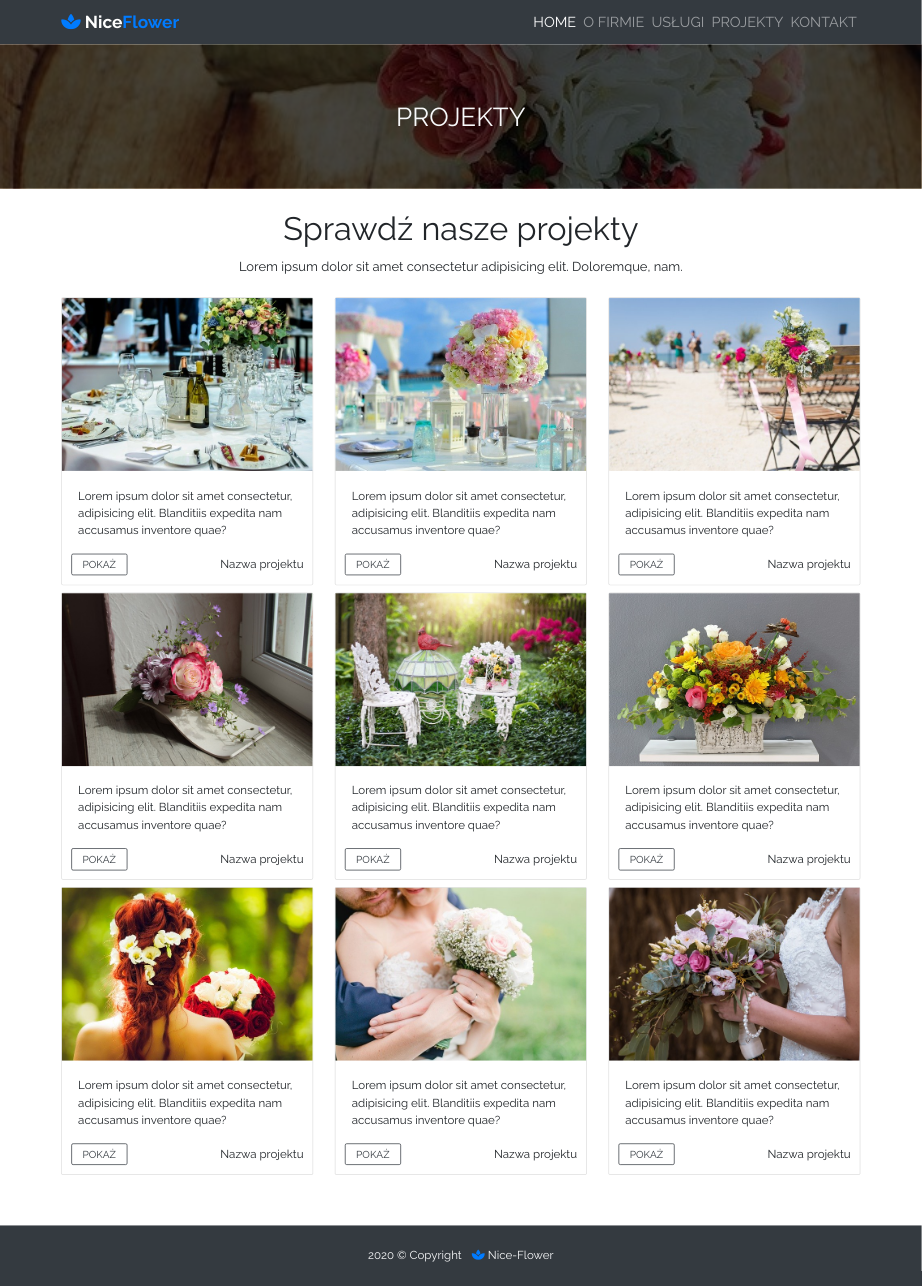
Repository: KrzysKolo/Projekt-13_Kwiaciarnia
Page: contact.html
An editor plug-in stored every save of this project. The page is shown before and after the next save, followed by the edit.
The browser window is 1280 px wide. The pictures show the whole page, at 72% of full size.
Some web libraries are served in a nearby version.

Above is the page before, as saved 2020-08-11 12:40:14.

### contact.html
<!DOCTYPE html>
<html lang="pl">
  <head>
    <meta charset="UTF-8" />
    <meta name="viewport" content="width=device-width, initial-scale=1.0" />
    <title>Nice-Flower</title>
    <script
      src="https://kit.fontawesome.com/21efeaf281.js"
      crossorigin="anonymous"
    ></script>

    <link
      rel="stylesheet"
      href="https://stackpath.bootstrapcdn.com/bootstrap/4.5.0/css/bootstrap.min.css"
      integrity="sha384-9aIt2nRpC12Uk9gS9baDl411NQApFmC26EwAOH8WgZl5MYYxFfc+NcPb1dKGj7Sk"
      crossorigin="anonymous"
    />
    <link
      href="https://fonts.googleapis.com/css2?family=Raleway:wght@400;700&display=swap"
      rel="stylesheet"
    />
    <link rel="stylesheet" href="style.css" />
  </head>
  <body>
    <nav class="navbar navbar-expand-lg navbar-dark bg-dark py-3">
      <div class="container">
        <a class="navbar-brand" href="index.html"
          ><i class="fas fa-spa text-primary"></i> Nice<span
            class="text-primary"
            >Flower</span
          ></a
        >
        <button
          class="navbar-toggler border-0"
          type="button"
          data-toggle="collapse"
          data-target="#navbarNavAltMarkup"
          aria-controls="navbarNavAltMarkup"
          aria-expanded="false"
          aria-label="Toggle navigation"
        >
          <i class="fas fa-bars px-4"></i>
        </button>
        <div class="collapse navbar-collapse" id="navbarNavAltMarkup">
          <div class="navbar-nav ml-auto">
            <a class="nav-link active" href="index.html">Home </a>
            <a class="nav-link" href="abouteus.html">O firmie</a>
            <a class="nav-link" href="services.html"> Usługi</a>
            <a class="nav-link" href="projects.html">Projekty</a>
            <a class="nav-link" href="#"
              ><span class="sr-only">(current)</span>Kontakt</a
            >
          </div>
        </div>
      </div>
    </nav>

    <!-- MAIN -->
    <main>
      <section class="top-hero projects-hero">
        <div class="hero-shadow"></div>
        <p class="top-hero-text text-light">Projekty</p>
      </section>
      <section class="py-5 projects mb-5">
        <div class="container text-center mb-5">
          <p class="display-3">Sprawdź nasze projekty</p>
          <p class="additional-text">
            Lorem ipsum dolor sit amet consectetur adipisicing elit. Doloremque,
            nam.
          </p>
        </div>
        <div class="container">
          <div class="row">
            <div class="col-md-6 col-lg-4">
              <div class="card mb-3">
                <img src="./img/p1.jpg" alt="Lorem lorem" />
                <div class="card-body">
                  <p class="p-3">
                    Lorem ipsum dolor sit amet consectetur, adipisicing elit.
                    Blanditiis expedita nam accusamus inventore quae?
                  </p>
                  <div
                    class="d-flex justify-content-between align-items-center"
                  >
                    <button class="btn btn-outline-dark px-4">Pokaż</button>
                    <p class="align-self-center m-0">Nazwa projektu</p>
                  </div>
                </div>
              </div>
            </div>

            <div class="col-md-6 col-lg-4">
              <div class="card mb-3">
                <img src="./img/p2.jpg" alt="Lorem lorem" />
                <div class="card-body">
                  <p class="p-3">
                    Lorem ipsum dolor sit amet consectetur, adipisicing elit.
                    Blanditiis expedita nam accusamus inventore quae?
                  </p>
                  <div
                    class="d-flex justify-content-between align-items-center"
                  >
                    <button class="btn btn-outline-dark px-4">Pokaż</button>
                    <p class="align-self-center m-0">Nazwa projektu</p>
                  </div>
                </div>
              </div>
            </div>

            <div class="col-md-6 col-lg-4">
              <div class="card mb-3">
                <img src="./img/p3.jpg" alt="Lorem lorem" />
                <div class="card-body">
                  <p class="p-3">
                    Lorem ipsum dolor sit amet consectetur, adipisicing elit.
                    Blanditiis expedita nam accusamus inventore quae?
                  </p>
                  <div
                    class="d-flex justify-content-between align-items-center"
                  >
                    <button class="btn btn-outline-dark px-4">Pokaż</button>
                    <p class="align-self-center m-0">Nazwa projektu</p>
                  </div>
                </div>
              </div>
            </div>

            <div class="col-md-6 col-lg-4">
              <div class="card mb-3">
                <img src="./img/p4.jpg" alt="Lorem lorem" />
                <div class="card-body">
                  <p class="p-3">
                    Lorem ipsum dolor sit amet consectetur, adipisicing elit.
                    Blanditiis expedita nam accusamus inventore quae?
                  </p>
                  <div
                    class="d-flex justify-content-between align-items-center"
                  >
                    <button class="btn btn-outline-dark px-4">Pokaż</button>
                    <p class="align-self-center m-0">Nazwa projektu</p>
                  </div>
                </div>
              </div>
            </div>

            <div class="col-md-6 col-lg-4">
              <div class="card mb-3">
                <img src="./img/p5.jpg" alt="Lorem lorem" />
                <div class="card-body">
                  <p class="p-3">
                    Lorem ipsum dolor sit amet consectetur, adipisicing elit.
                    Blanditiis expedita nam accusamus inventore quae?
                  </p>
                  <div
                    class="d-flex justify-content-between align-items-center"
                  >
                    <button class="btn btn-outline-dark px-4">Pokaż</button>
                    <p class="align-self-center m-0">Nazwa projektu</p>
                  </div>
                </div>
              </div>
            </div>

            <div class="col-md-6 col-lg-4">
              <div class="card mb-3">
                <img src="./img/p6.jpg" alt="Lorem lorem" />
                <div class="card-body">
                  <p class="p-3">
                    Lorem ipsum dolor sit amet consectetur, adipisicing elit.
                    Blanditiis expedita nam accusamus inventore quae?
                  </p>
                  <div
                    class="d-flex justify-content-between align-items-center"
                  >
                    <button class="btn btn-outline-dark px-4">Pokaż</button>
                    <p class="align-self-center m-0">Nazwa projektu</p>
                  </div>
                </div>
              </div>
            </div>

            <div class="col-md-6 col-lg-4">
              <div class="card mb-3">
                <img src="./img/p7.jpg" alt="Lorem lorem" />
                <div class="card-body">
                  <p class="p-3">
                    Lorem ipsum dolor sit amet consectetur, adipisicing elit.
                    Blanditiis expedita nam accusamus inventore quae?
                  </p>
                  <div
                    class="d-flex justify-content-between align-items-center"
                  >
                    <button class="btn btn-outline-dark px-4">Pokaż</button>
                    <p class="align-self-center m-0">Nazwa projektu</p>
                  </div>
                </div>
              </div>
            </div>

            <div class="col-md-6 col-lg-4">
              <div class="card mb-3">
                <img src="./img/p8.jpg" alt="Lorem lorem" />
                <div class="card-body">
                  <p class="p-3">
                    Lorem ipsum dolor sit amet consectetur, adipisicing elit.
                    Blanditiis expedita nam accusamus inventore quae?
                  </p>
                  <div
                    class="d-flex justify-content-between align-items-center"
                  >
                    <button class="btn btn-outline-dark px-4">Pokaż</button>
                    <p class="align-self-center m-0">Nazwa projektu</p>
                  </div>
                </div>
              </div>
            </div>

            <div class="col-md-6 col-lg-4">
              <div class="card mb-3">
                <img src="./img/p9.jpg" alt="Lorem lorem" />
                <div class="card-body">
                  <p class="p-3">
                    Lorem ipsum dolor sit amet consectetur, adipisicing elit.
                    Blanditiis expedita nam accusamus inventore quae?
                  </p>
                  <div
                    class="d-flex justify-content-between align-items-center"
                  >
                    <button class="btn btn-outline-dark px-4">Pokaż</button>
                    <p class="align-self-center m-0">Nazwa projektu</p>
                  </div>
                </div>
              </div>
            </div>
          </div>
        </div>
      </section>
    </main>
    <footer class="bg-dark text-light">
      <p class="py-5 px-3 mb-0 text-center">
        2020 &copy; Copyright
        <i class="ml-3 fas fa-spa text-primary"></i> Nice-Flower
      </p>
    </footer>
    <script
      src="https://code.jquery.com/jquery-3.5.1.slim.min.js"
      integrity="sha384-DfXdz2htPH0lsSSs5nCTpuj/zy4C+OGpamoFVy38MVBnE+IbbVYUew+OrCXaRkfj"
      crossorigin="anonymous"
    ></script>
    <script
      src="https://cdn.jsdelivr.net/npm/popper.js@1.16.0/dist/umd/popper.min.js"
      integrity="sha384-Q6E9RHvbIyZFJoft+2mJbHaEWldlvI9IOYy5n3zV9zzTtmI3UksdQRVvoxMfooAo"
      crossorigin="anonymous"
    ></script>
    <script
      src="https://stackpath.bootstrapcdn.com/bootstrap/4.5.0/js/bootstrap.min.js"
      integrity="sha384-OgVRvuATP1z7JjHLkuOU7Xw704+h835Lr+6QL9UvYjZE3Ipu6Tp75j7Bh/kR0JKI"
      crossorigin="anonymous"
    ></script>
  </body>
</html>

### style.css
* {
  box-sizing: border-box;
  margin: 0;
  padding: 0;
}
html {
  font-size: 62.5%;
}
body {
  font-family: "Raleway", sans-serif;
  font-size: 1.6rem;
}
.hero-shadow {
  position: absolute;
  top: 0;
  width: 100%;
  height: 100%;
  background-color: rgba(0, 0, 0, 0.7);
  z-index: -1;
}
.additional-text {
  font-size: 1.8rem;
}
.top-hero {
  position: relative;
  height: 20rem;
  background-size: cover;
  z-index: 0;
}
.top-hero-text {
  display: flex;
  justify-content: center;
  align-items: center;
  height: 100%;
  font-size: 3.6rem;
  text-transform: uppercase;
}
/* ----------- */
/*  nawigacja  */
/* ----------- */
nav {
  font-size: 2rem;
  text-transform: uppercase;
}
.navbar-toggler {
  font-size: 3rem;
}
.navbar-brand {
  font-size: 2.4rem;
  font-weight: bold;
  text-transform: none;
}
/* ----------- */
/*    header   */
/* ----------- */
header {
  font-size: 2rem;
}
.carousel-item {
  position: relative;
  height: 400px;
  background-position: center;
  background-size: cover;
  z-index: 0;
}
.carousel-img-one {
  background-image: url("./img/b1m.jpg");
}
.carousel-img-two {
  background-image: url("./img/b2m.jpg");
}
.carousel-img-three {
  background-image: url("./img/b4m.jpg");
}
/* ----------- */
/*     main    */
/* ----------- */
.home-boxes {
  padding: 5rem 0;
}
.home-box i {
  font-size: 4rem;
}
.home-box h3 {
  font-size: 2.6rem;
}
/* ----------- */
.home-passion {
  position: relative;
  height: 350px;
  background-image: url("./img/b8m.jpg");
  background-position: center;
  background-size: cover;
  z-index: 0;
}
/* ----------- */
.home-brand h3 {
  font-size: 3rem;
  font-weight: bold;
}
/* ----------- */
/*   aboutus   */
/* ----------- */
.aboutus-hero {
  background-image: url("./img/obrazek1.jpg");
  background-position: bottom;
}
/* ----------- */
.aboutus-top .display-3 {
  text-transform: uppercase;
}
/* ----------- */
.aboutus-info {
  background-color: rgba(0, 0, 0, 0.3);
}
.aboutus-info .container {
  padding: 2em 0.5em;
}
.aboutus-text {
  padding: 1.8rem;
}
.aboutus-text h3 {
  margin-bottom: 0.5em;
  font-size: 2.6rem;
  text-transform: uppercase;
  font-weight: bold;
  text-decoration: underline #007bff;
}
.abouts-text-right {
  text-align: right;
}
.aboutus-img {
  height: 300px;
  background-image: url("./img/b5m.jpg");
  background-position: center;
  background-size: cover;
}
/* ----------- */
.aboutus-bottom i {
  font-size: 3rem;
}
.aboutus-bottom h3 {
  font-size: 2.2rem;
  font-weight: bold;
}
/* ----------- */
/*    usługi   */
/* ----------- */
.service-hero {
  background-image: url("./img/pm.jpg");
  background-position: 0 50%;
}
/* ----------- */
.service-hero-box {
  position: relative;
  height: 300px;
  background-size: cover;
  z-index: 0;
}
.service-hero-box p {
  display: flex;
  justify-content: center;
  align-items: center;
  font-size: 3rem;
  text-transform: uppercase;
}
.service-pricing .box-one {
  background-image: url("./img/b2m.jpg");
}
.service-pricing .box-two {
  background-image: url("./img/bsm.jpg");
}
.service-pricing .box-three {
  background-image: url("./img/wm.jpg");
}
.service-pricing .box-four {
  background-image: url("./img/rdm.jpg");
}
.service-pricing .card-header {
  font-size: 2rem;
  cursor: pointer;
}
.service-pricing h3 {
  font-weight: bold;
}
.service-pricing .btn {
  font-size: 1.6rem;
  text-transform: uppercase;
}
/* ----------- */
/*   projekty  */
/* ----------- */
.projects-hero {
  background-image: url("./img/b3m.jpg");
  background-position: center;
}
.projects img {
  height: 240px;
  object-fit: cover;
}
.projects .btn {
  font-size: 1.4rem;
  text-transform: uppercase;
}
/* ----------- */
/*    footer   */
/* ----------- */
footer {
  font-size: 1.6rem;
}
@media (min-width: 992px) {
  .aboutus-info .container {
    padding: 0;
  }
  .aboutus-shadow {
    box-shadow: inset 0 5px 10px -5px rgba(0, 0, 0, 0.4);
  }
  .aboutus-text {
    padding: 5em 0;
    transform: skew(-15deg);
  }
  .abouts-text-left {
    padding-right: 2em;
    text-align: right;
  }
  .abouts-text-right {
    padding-left: 2em;
    text-align: left;
  }
  .aboutus-img {
    height: auto;
    transform: skew(-15deg);
  }
}
@media (min-width: 1400px) {
  .carousel-item {
    height: 600px;
  }
  .carousel-img-one {
    background-image: url("./img/b1.jpg");
  }
  .carousel-img-two {
    background-image: url("./img/b2.jpg");
  }
  .carousel-img-three {
    background-image: url("./img/b4.jpg");
  }
}

After the next save:
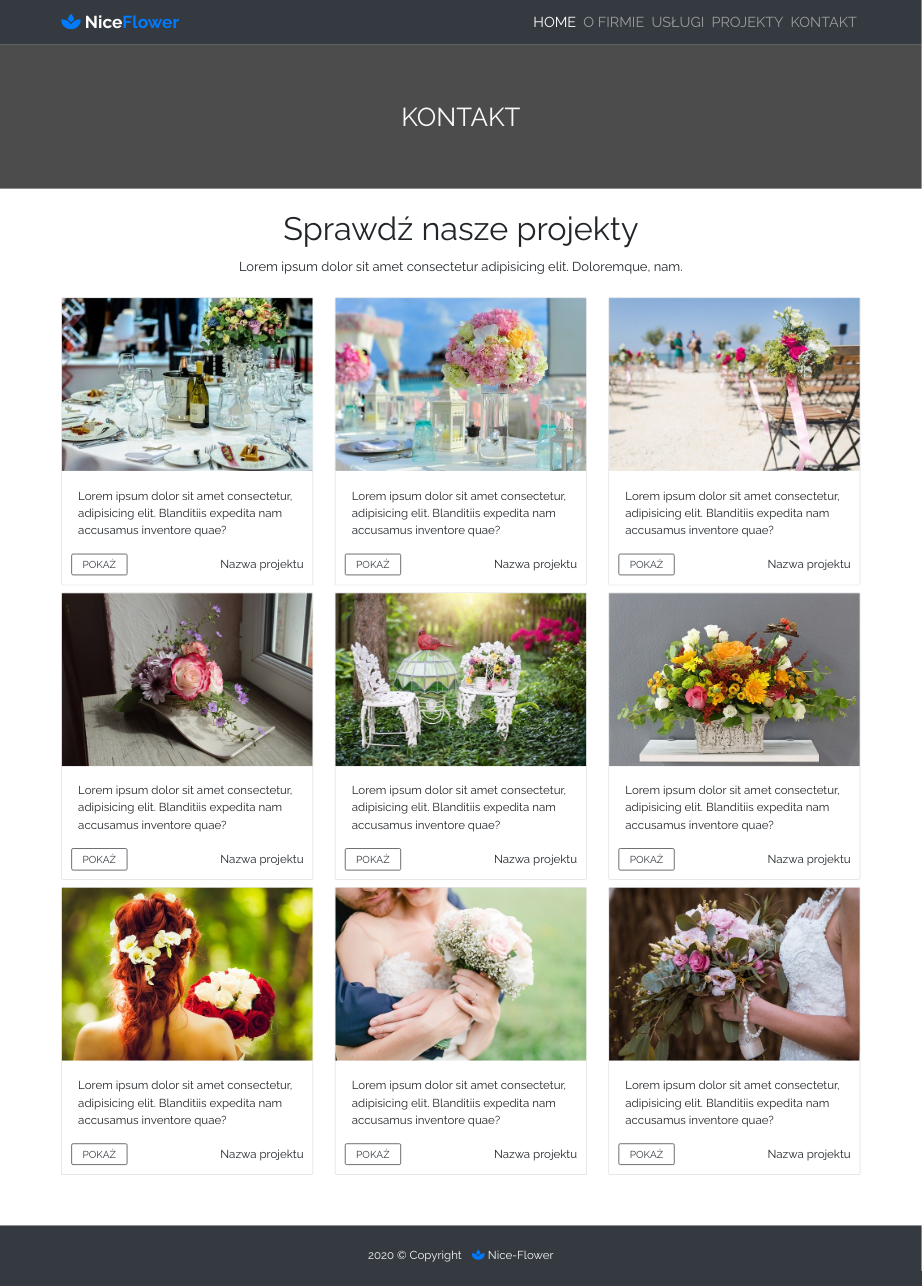
Saved 42 s later.
--- a/contact.html
+++ b/contact.html
@@ -57,9 +57,9 @@
 
     <!-- MAIN -->
     <main>
-      <section class="top-hero projects-hero">
+      <section class="top-hero contact-hero">
         <div class="hero-shadow"></div>
-        <p class="top-hero-text text-light">Projekty</p>
+        <p class="top-hero-text text-light">Kontakt</p>
       </section>
       <section class="py-5 projects mb-5">
         <div class="container text-center mb-5">
